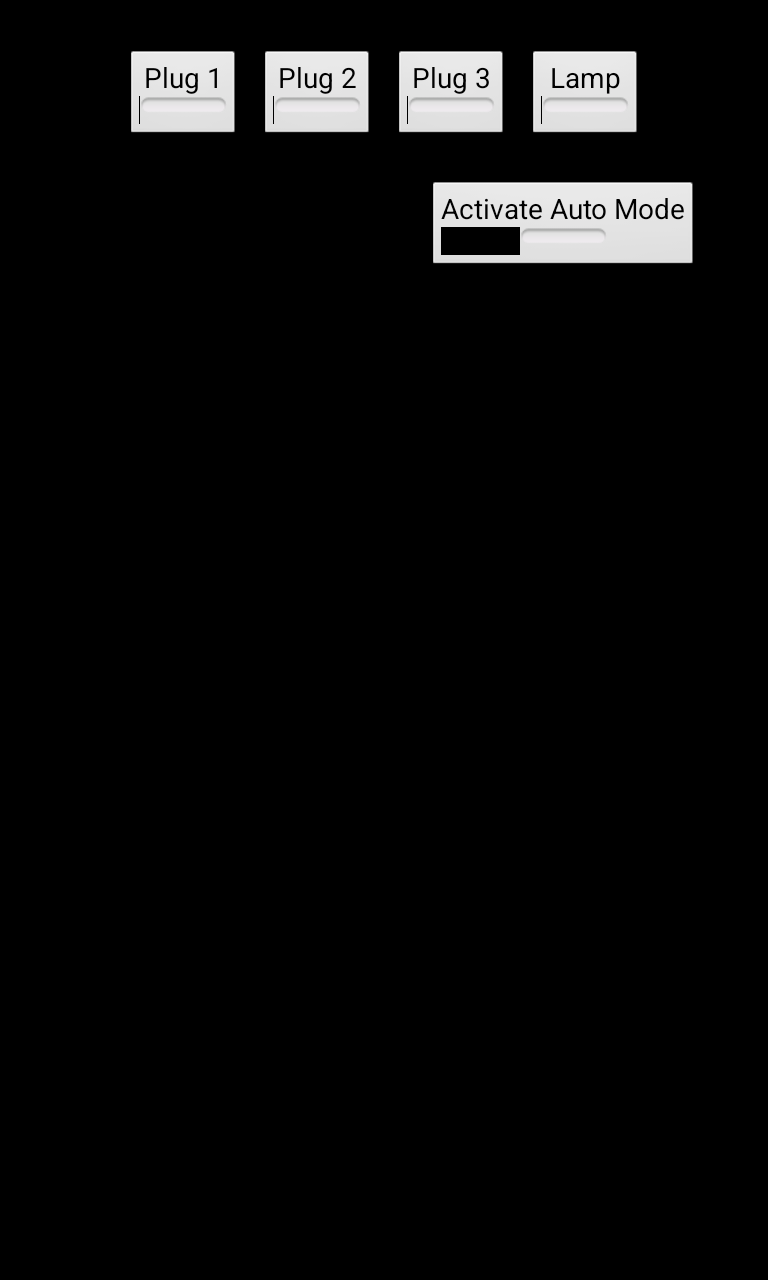
Repository: deanzaka/Shroom-Smart-Terminal
Layout: IOIOShroomST/res/layout/main.xml
The author's editor kept a copy of each file at every save. The layout is drawn from the files as they stood at one save, then again after the next save.
It is drawn on a 768 x 1280 px phone screen (xhdpi) without system bars, with theme android:Theme; the app's code is not run.

Above is the layout before, as saved 2014-11-16 21:16:32.

After the next save:
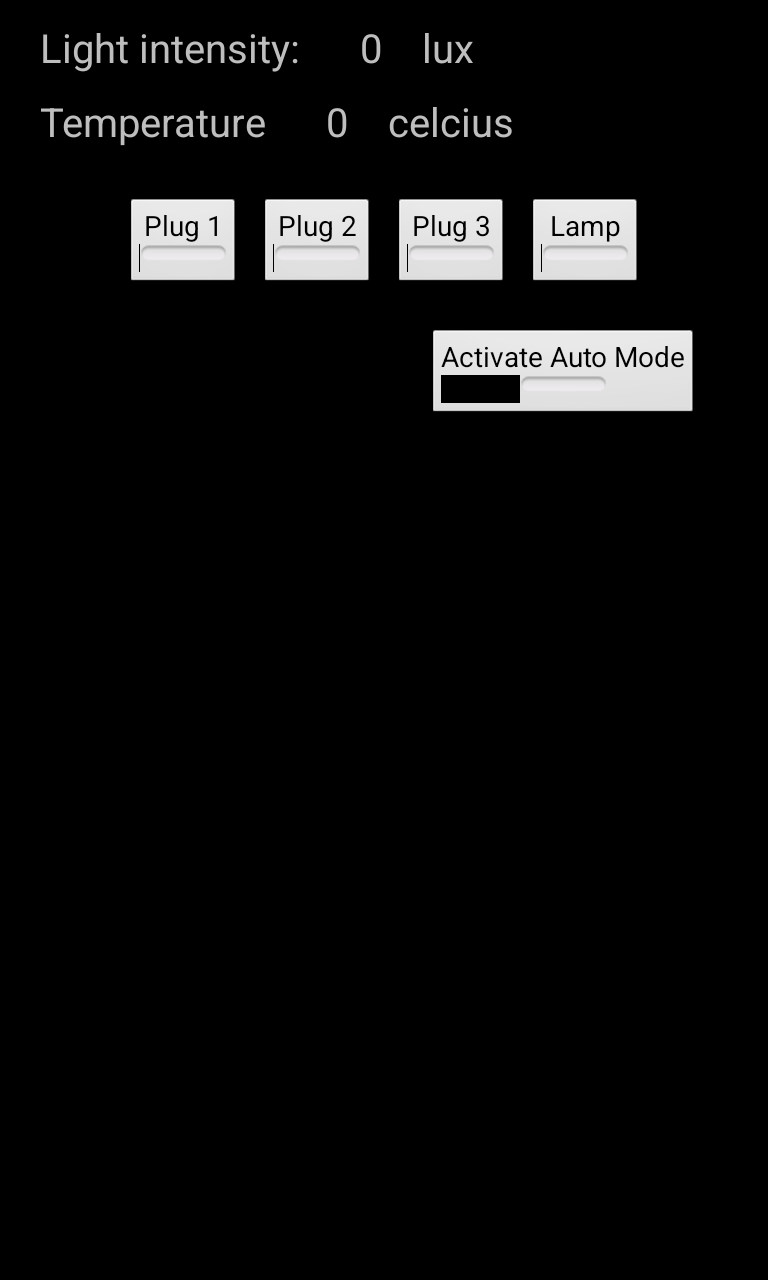
Saved 88 s later.
--- a/IOIOShroomST/res/layout/main.xml
+++ b/IOIOShroomST/res/layout/main.xml
@@ -3,6 +3,79 @@
     android:orientation="vertical"
     android:layout_width="fill_parent"
     android:layout_height="fill_parent">
+
+	<RelativeLayout
+		android:layout_width="match_parent"
+		android:layout_height="wrap_content"
+		android:orientation="horizontal"
+		android:gravity="left"
+		android:paddingTop="10dp">
+
+		<TextView
+		    android:id="@+id/LightLabel"
+			android:text="@string/light_label"
+			android:layout_width="wrap_content"
+			android:layout_height="wrap_content"
+			android:layout_alignParentLeft="true"
+			android:paddingLeft="20dp"
+			android:paddingRight="30dp"
+			android:textSize="20sp"
+			/>
+
+		<TextView
+		    android:id="@+id/LuxValue"
+		    android:layout_width="wrap_content"
+		    android:layout_height="wrap_content"
+		    android:layout_toRightOf="@id/LightLabel"
+		    android:paddingRight="20dp"
+		    android:text="0"
+		    android:textSize="20sp" />
+
+		<TextView
+			android:id="@+id/LuxLabel"
+			android:text="@string/lux_label"
+			android:layout_width="wrap_content"
+			android:layout_height="wrap_content"
+			android:layout_toRightOf="@id/LuxValue"
+			android:textSize="20sp"
+			/>
+	</RelativeLayout>
+
+	<RelativeLayout
+		android:layout_width="wrap_content"
+		android:layout_height="wrap_content"
+		android:orientation="horizontal"
+		android:gravity="left"
+		android:paddingTop="10dp">
+
+		<TextView
+			android:id="@+id/TempLabel"
+			android:text="@string/temp_label"
+			android:layout_width="wrap_content"
+			android:layout_height="wrap_content"
+			android:paddingLeft="20dp"
+			android:paddingRight="30dp"
+			android:textSize="20sp"
+			/>
+		<TextView
+			android:id="@+id/TempValue"
+			android:text="0"
+			android:layout_width="wrap_content"
+			android:layout_height="wrap_content"
+			android:layout_toRightOf="@id/TempLabel"
+			android:paddingRight="20dp"
+			android:textSize="20sp"
+			/>
+		<TextView
+			android:id="@+id/CelLabel"
+			android:text="@string/cel_label"
+			android:layout_width="wrap_content"
+			android:layout_height="wrap_content"
+			android:layout_toRightOf="@id/TempValue"
+			android:textSize="20sp"
+			/>
+	</RelativeLayout>
+
 	<RelativeLayout
 	    android:layout_width="match_parent"
 		android:layout_height="wrap_content"
